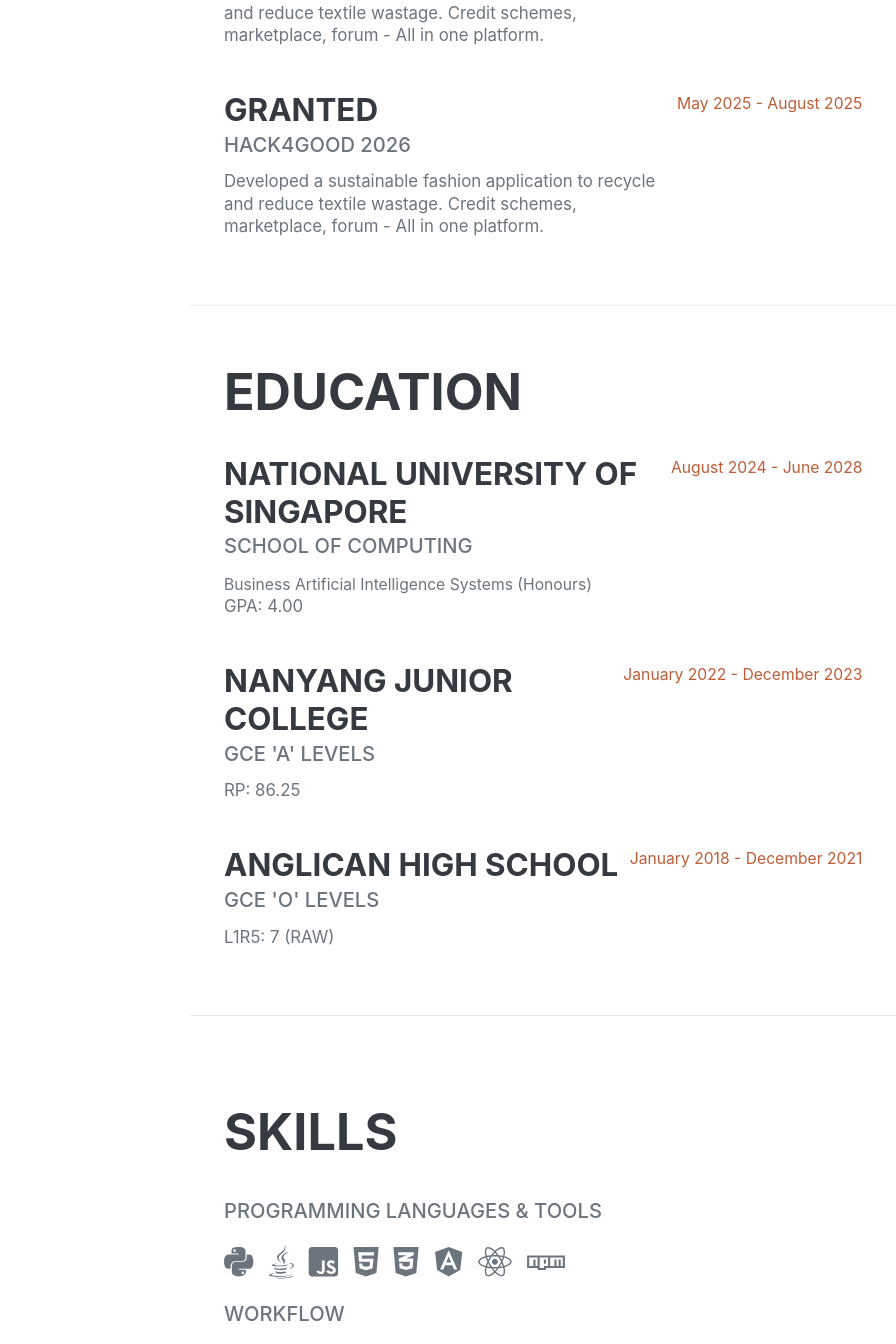
Repository: cheryl9/portfolio
Page: index.html
The author's editor kept a copy of each file at every save. The page is drawn from the files as they stood at one save, then again after the next save.
The browser window is 1280 px wide. The pictures show the part of the page from y = 1368 to 3288 px (the page is 3541 px tall before and 3477 px after), at 70% of full size.
Some web fonts or font styles are not loaded; a fallback is used. Some web libraries are served in a nearby version.

Above is the page before, as saved 2026-01-30 01:37:26.

After the next save:
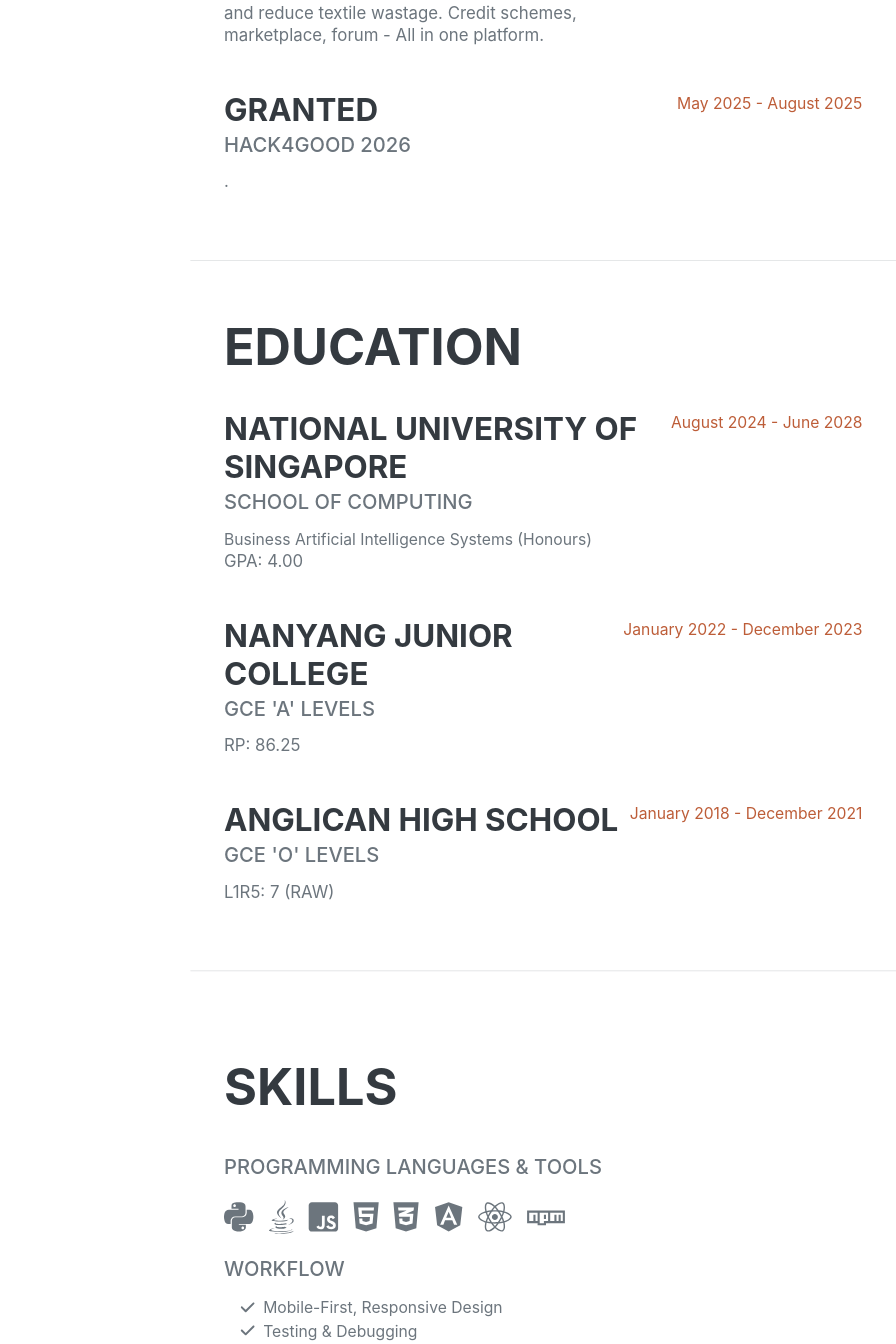
Saved 4 s later.
--- a/index.html
+++ b/index.html
@@ -76,7 +76,7 @@
                         <div class="flex-grow-1">
                             <h3 class="mb-0">Granted</h3>
                             <div class="subheading mb-3">Hack4Good 2026</div>
-                            <p>Developed a sustainable fashion application to recycle and reduce textile wastage. Credit schemes, marketplace, forum - All in one platform.</p>
+                            <p>.</p>
                         </div>
                         <div class="flex-shrink-0"><span class="text-primary">May 2025 - August 2025</span></div>
                     </div>
